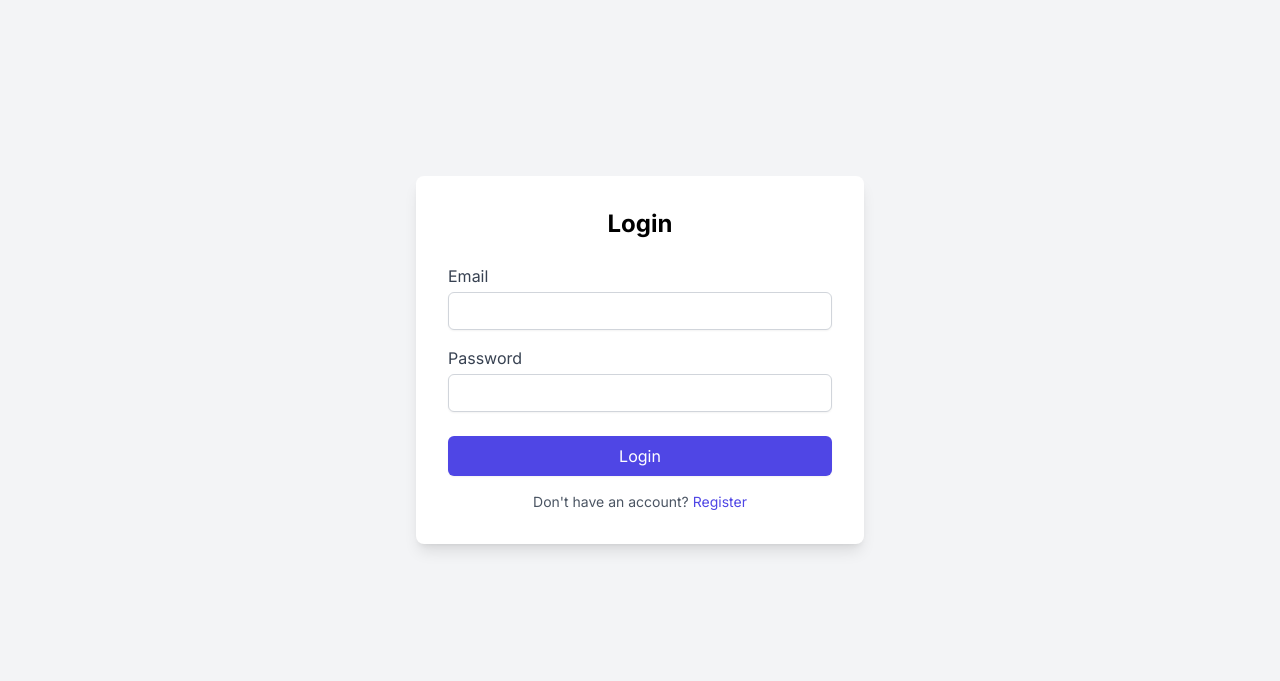
Repository: NassimeElkamari/Horizon-Housing
Page: /login
These files come from the project's save history. The page is drawn as it stood at one moment and after the next save; the edit follows.
The browser window is 1280 px wide. The pictures show the whole page.
The project was rebuilt for these pictures with package versions that can differ from the ones it lists, and the page was loaded fresh each time. The framework's server and built-in components were replaced by stand-ins that run in the browser. Also part of the build but not shown: next.config.mjs.

Above is the page before, as saved 2024-08-28 14:50:42.

After the next save:
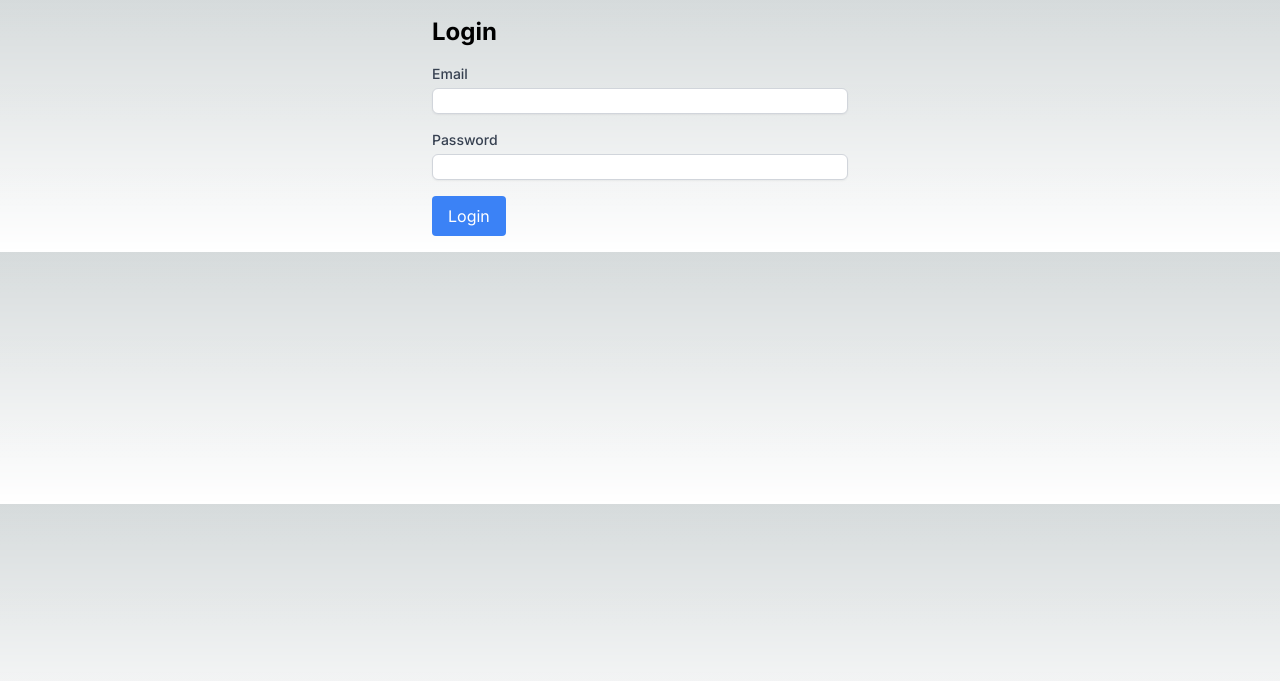
Saved 13 s later.
--- a/src/app/login/page.tsx
+++ b/src/app/login/page.tsx
@@ -1,66 +1,55 @@
 import { useState } from 'react';
-import { useRouter } from 'next/navigation';
+import { signIn } from 'next-auth/react';
 
-const Login = () => {
+export default function LoginPage() {
   const [email, setEmail] = useState('');
   const [password, setPassword] = useState('');
-  const [error, setError] = useState<string | null>(null);
-  const router = useRouter();
+  const [error, setError] = useState('');
 
   const handleSubmit = async (e: React.FormEvent) => {
     e.preventDefault();
-    try {
-      const response = await login({ email, password });
-      localStorage.setItem('token', response.data.token);
-      router.push('/dashboard'); // Redirect to dashboard after login
-    } catch (err: any) {
-      setError('Invalid credentials');
-      console.error('Login failed:', err);
+    const result = await signIn('credentials', {
+      redirect: false,
+      email,
+      password,
+    });
+
+    if (result?.error) {
+      setError(result.error);
+    } else {
+      // Redirect or show success message
     }
   };
 
   return (
-    <div className="flex items-center justify-center min-h-screen bg-gray-100">
-      <div className="max-w-md w-full bg-white shadow-lg rounded-lg p-8">
-        <h1 className="text-2xl font-bold mb-6 text-center">Login</h1>
-        {error && <p className="text-red-500 text-center mb-4">{error}</p>}
-        <form onSubmit={handleSubmit}>
-          <label className="block mb-4">
-            <span className="text-gray-700">Email</span>
-            <input
-              type="email"
-              value={email}
-              onChange={(e) => setEmail(e.target.value)}
-              className="mt-1 block w-full px-3 py-2 border border-gray-300 rounded-md shadow-sm focus:outline-none focus:ring-indigo-500 focus:border-indigo-500 sm:text-sm"
-              required
-            />
-          </label>
-          <label className="block mb-6">
-            <span className="text-gray-700">Password</span>
-            <input
-              type="password"
-              value={password}
-              onChange={(e) => setPassword(e.target.value)}
-              className="mt-1 block w-full px-3 py-2 border border-gray-300 rounded-md shadow-sm focus:outline-none focus:ring-indigo-500 focus:border-indigo-500 sm:text-sm"
-              required
-            />
-          </label>
-          <button
-            type="submit"
-            className="w-full bg-indigo-600 text-white py-2 px-4 rounded-md shadow-sm hover:bg-indigo-700 focus:outline-none focus:ring-2 focus:ring-offset-2 focus:ring-indigo-500"
-          >
-            Login
-          </button>
-        </form>
-        <p className="mt-4 text-center text-sm text-gray-600">
-          Don't have an account?{' '}
-          <a href="/register" className="text-indigo-600 hover:text-indigo-700">
-            Register
-          </a>
-        </p>
-      </div>
+    <div className="max-w-md mx-auto p-4">
+      <h1 className="text-2xl font-bold mb-4">Login</h1>
+      <form onSubmit={handleSubmit}>
+        <div className="mb-4">
+          <label htmlFor="email" className="block text-sm font-medium text-gray-700">Email</label>
+          <input
+            id="email"
+            type="email"
+            value={email}
+            onChange={(e) => setEmail(e.target.value)}
+            className="mt-1 block w-full border border-gray-300 rounded-md shadow-sm"
+            required
+          />
+        </div>
+        <div className="mb-4">
+          <label htmlFor="password" className="block text-sm font-medium text-gray-700">Password</label>
+          <input
+            id="password"
+            type="password"
+            value={password}
+            onChange={(e) => setPassword(e.target.value)}
+            className="mt-1 block w-full border border-gray-300 rounded-md shadow-sm"
+            required
+          />
+        </div>
+        {error && <p className="text-red-500">{error}</p>}
+        <button type="submit" className="bg-blue-500 text-white py-2 px-4 rounded">Login</button>
+      </form>
     </div>
   );
-};
-
-export default Login;
+}
